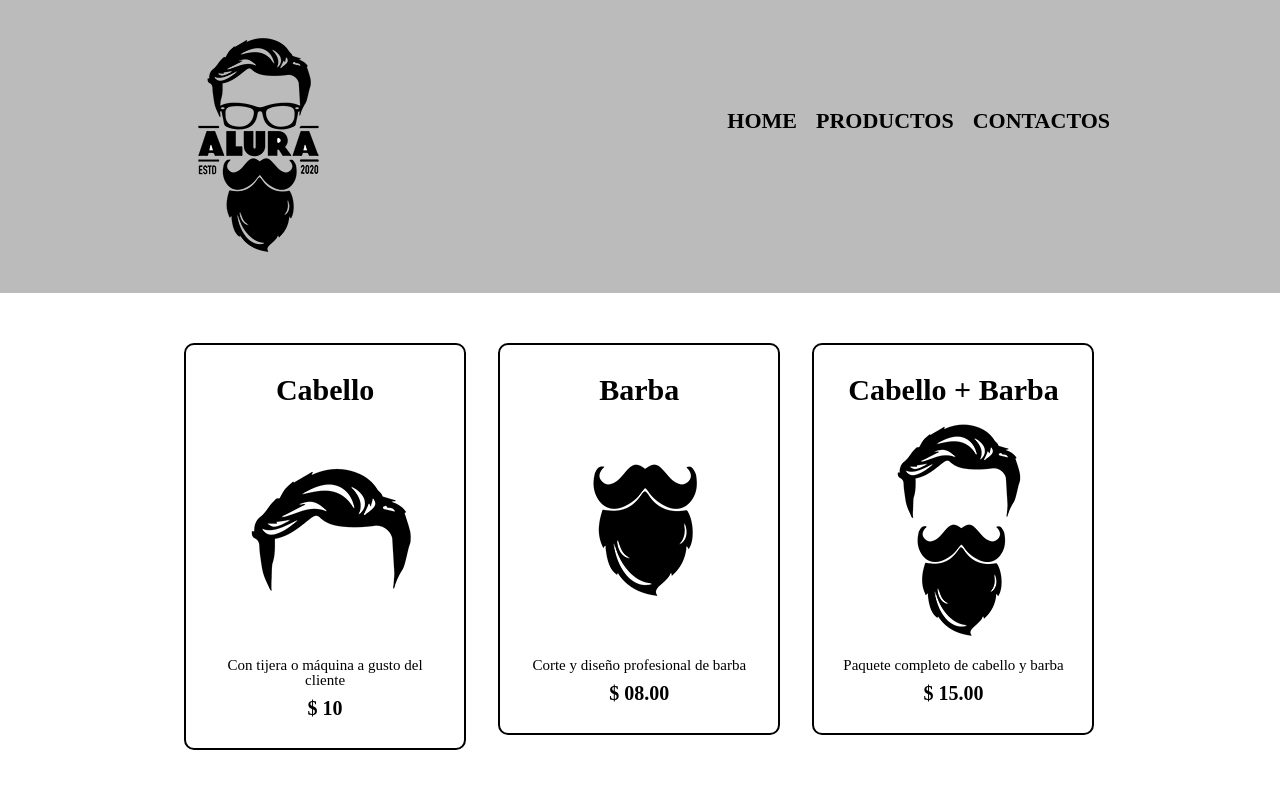
Repository: Ciromontes/Barber-a
Page: productos.html
These files come from the project's save history. The page is drawn as it stood at one moment and after the next save; the edit follows.
The browser window is 1280 px wide. The pictures show the whole page.
The pointer rests on the first visible `nav a`.

Above is the page before, as saved 2022-12-23 22:00:31.

### productos.html
<!DOCTYPE html>
<html>
    <head>
        <meta http-equiv="Content-Type" content="text/html;charset=UTF-8">
        <title>Productos - Barbería Alura</title>
        <link rel="stylesheet" href="reset.css">
        <link rel="stylesheet" href="productos.css">
    </head>

    <body>
        <header>
            <div class="caja">
                <h1><img src="logos/logo.png"></h1>
            <nav>
                <ul>
                    <li><a href="index.html">Home</a></li>
                    <li><a href="productos.html">Productos</a></li>
                    <li><a href="Contacto.html">Contactos</a></li>

                </ul>

            </nav>

            </div>

        </header>
        <main>
            <ul class="productos">
                <li>
                    <h2>Cabello</h2>
                    <img src="logos/cabello.jpg" alt="">
                    <p class="producto-descripcion">Con tijera o máquina a gusto del cliente</p>
                    <p class="producto-precio">$ 10</p>

                </li>
                <li>
                    <h2>Barba</h2>
                    <img src="logos/barba.jpg" alt="">
                    <p class="producto-descripcion">Corte y diseño profesional de barba</p>
                    <p class="producto-precio">$ 08.00</p>

                </li>
                <li>
                    <h2>Cabello + Barba</h2>
                    <img src="logos/cabello+barba.jpg" alt="">
                    <p class="producto-descripcion">Paquete completo de cabello y barba</p>
                    <p class="producto-precio">$ 15.00</p>

                </li>
            </ul>



        </main>

    </body>
</html>

### productos.css
header{
    background-color: #BBBBBB;
}
.caja{
    width: 940px;
    position: relative;
    margin: 0 auto;
    padding: 20px 0;
}

nav li{
    display:inline;
    margin: 0 0 0 15px;

}
nav{
    position: absolute;
    top: 110px;
    right: 0;
}

nav a{
    text-transform: uppercase;
    color:#000000;
    font-weight: bold;
    font-size: 22px;
    text-decoration: navajowhite;


}

.productos{
    width: 940px;
    margin: 0 auto;
    padding: 50px;
}

.productos li{
    display: inline-block;
    width: 30%;
    vertical-align: top;
    text-align: center;
    margin:0 1.5%;
    padding: 30px 20px;
    box-sizing: border-box;
    border: 2px solid #000000;
    border-radius: 10px;


}

.productos h2{
    text-align: center;
    font-size: 30px;
    font-weight: bold;
}

.producto-descripcion{
    font-size: 15px;

}
.producto-precio{
    font-size: 20px;
    font-weight: bold;
    margin-top: 10px;
}

Loaded but not shown: reset.css (common file)

After the next save:
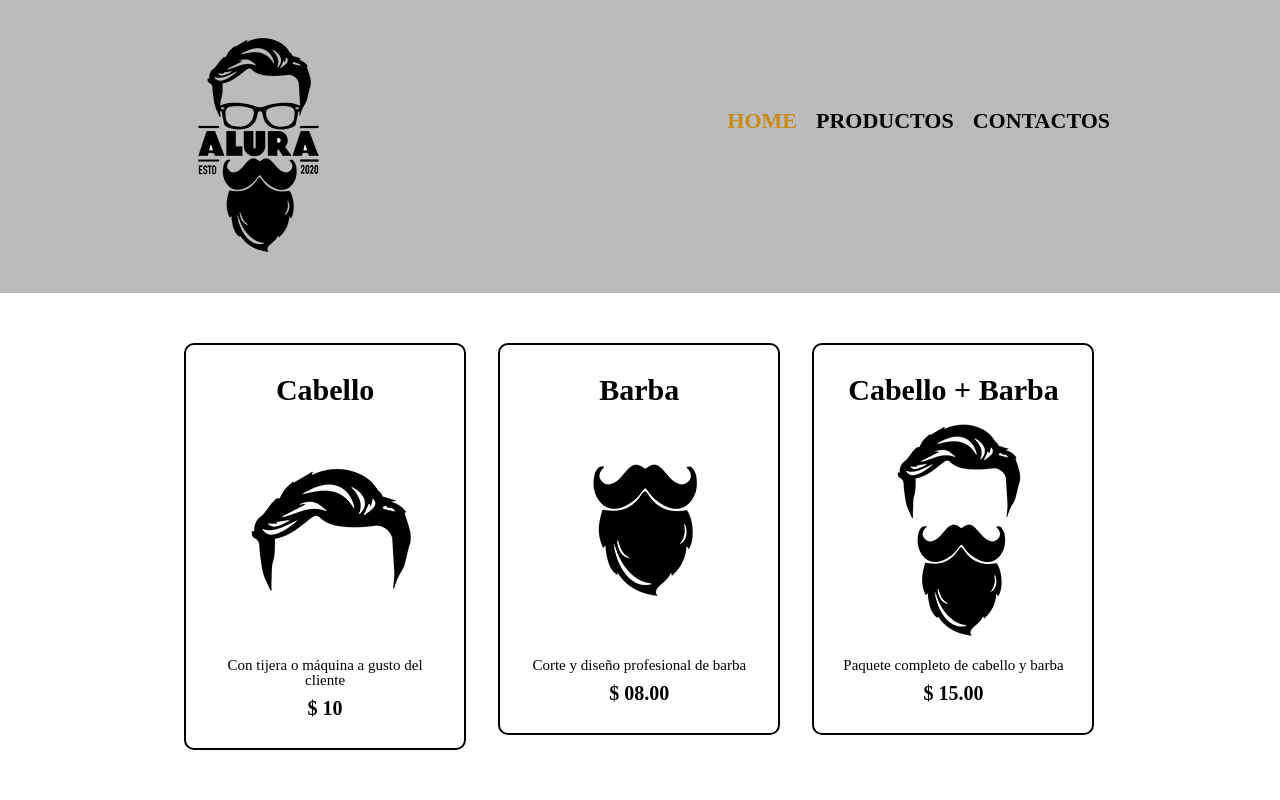
Saved 4 min 58 s later.
--- a/productos.css
+++ b/productos.css
@@ -26,6 +26,11 @@
     font-size: 22px;
     text-decoration: navajowhite;
 
+
+}
+
+nav a:hover{
+    color: #c78c19;
 
 }
 
